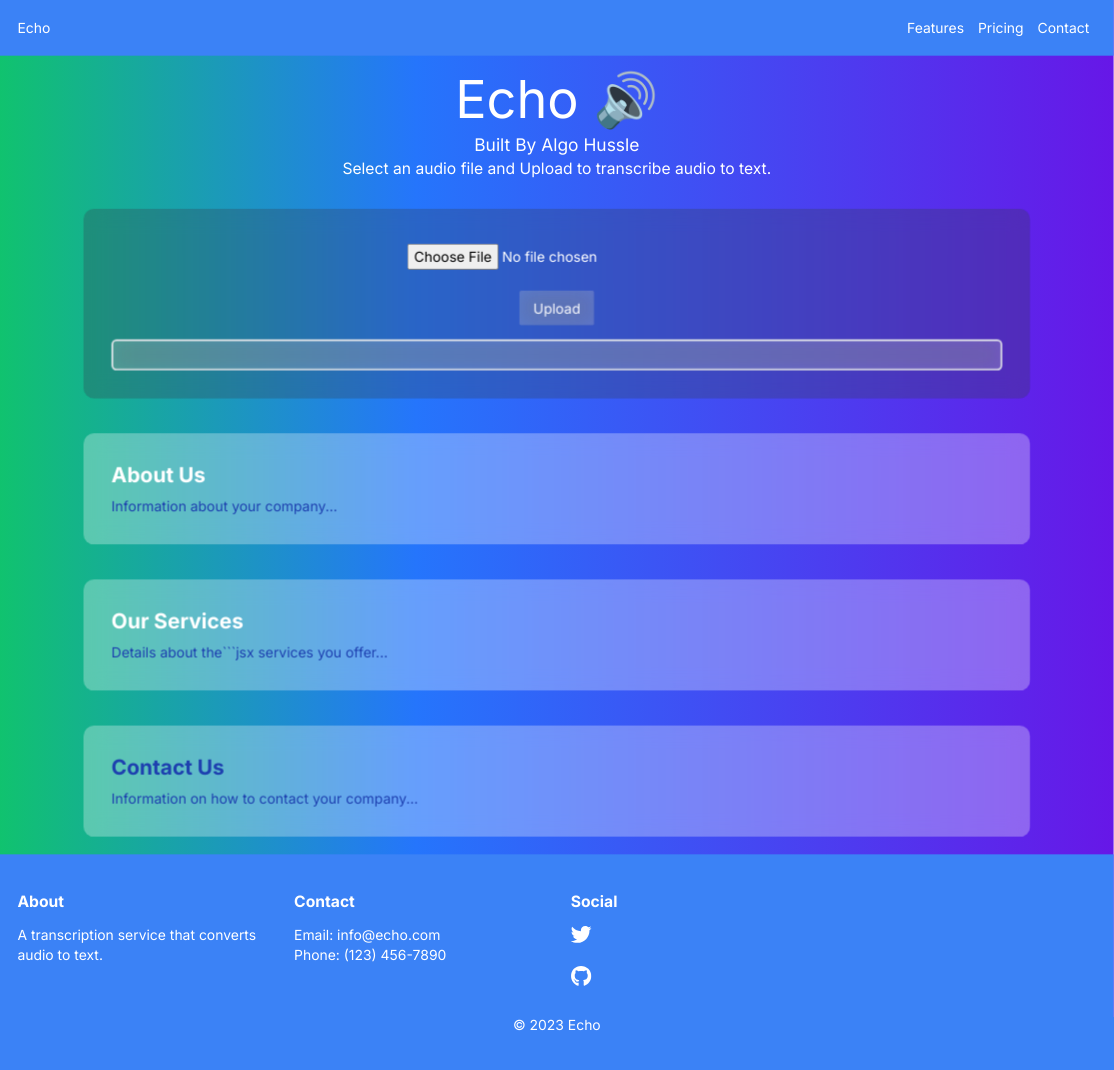
Repository: MikeeBuilds/whisperer
Page: /
An editor plug-in stored every save of this project. The page is shown before and after a run of saves, followed by the edit.
The browser window is 1280 px wide. The pictures show the whole page, at 87% of full size.
The project was rebuilt for these pictures with package versions that can differ from the ones it lists, and the page was loaded fresh each time. The framework's server and built-in components were replaced by stand-ins that run in the browser. Also part of the build but not shown: next.config.js.

Above is the page before, as saved 2023-06-26 18:46:46.

After the next 3 saves:
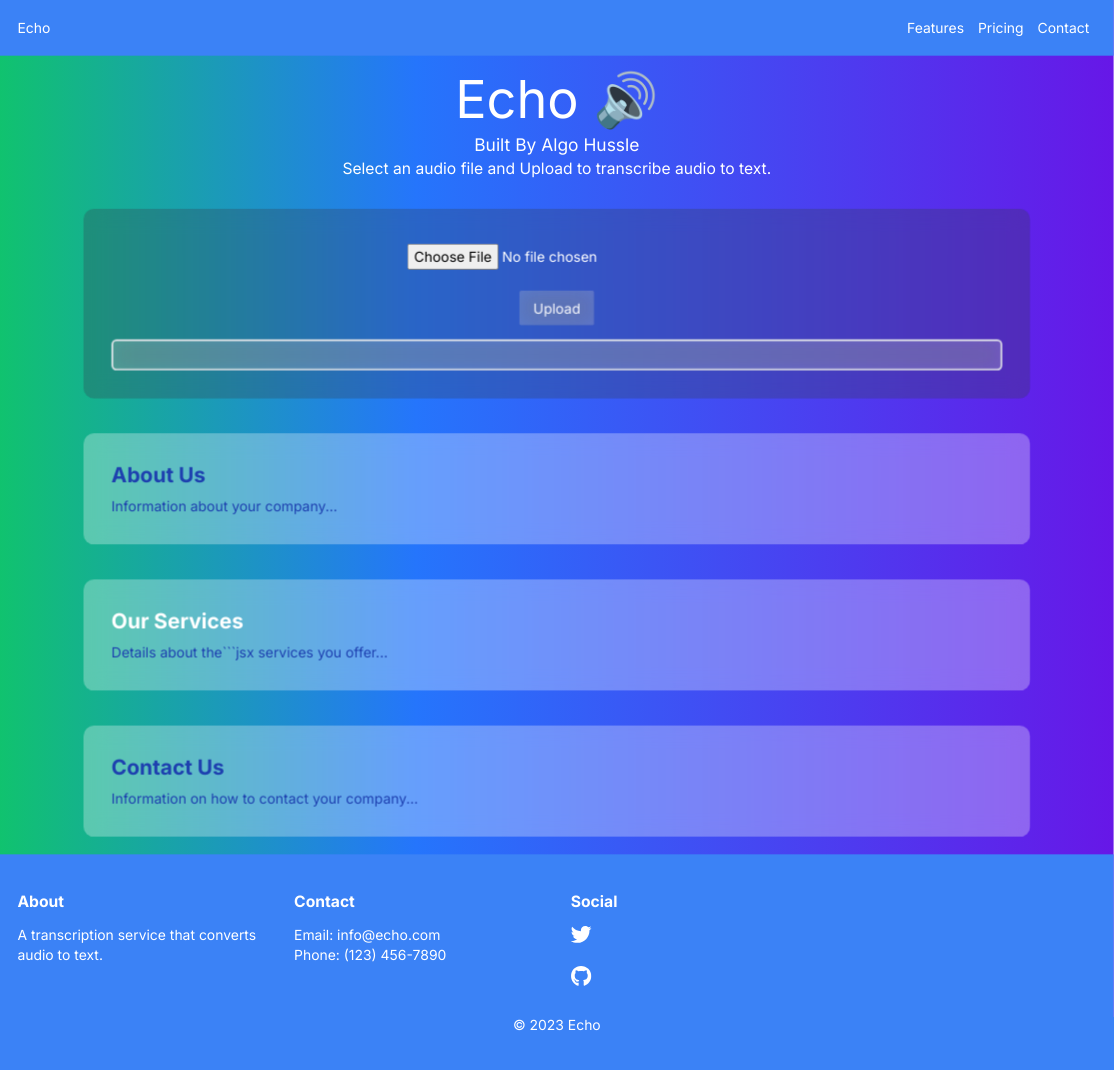
The 3 saves are shown as one change because they came seconds apart.
The last was saved 9 s later.
--- a/src/app/page.tsx
+++ b/src/app/page.tsx
@@ -81,7 +81,7 @@ export default function Home() {
         </section>
 
         <section id="about" className="mt-10 bg-white bg-opacity-30 rounded-xl p-8 backdrop-blur-md">
-          <h2 className="text-2xl font-bold mb-2">About Us</h2>
+          <h2 className="text-2xl font-bold mb-2 text-blue-800">About Us</h2>
           <p className="text-blue-800">Information about your company...</p>
         </section>
 
